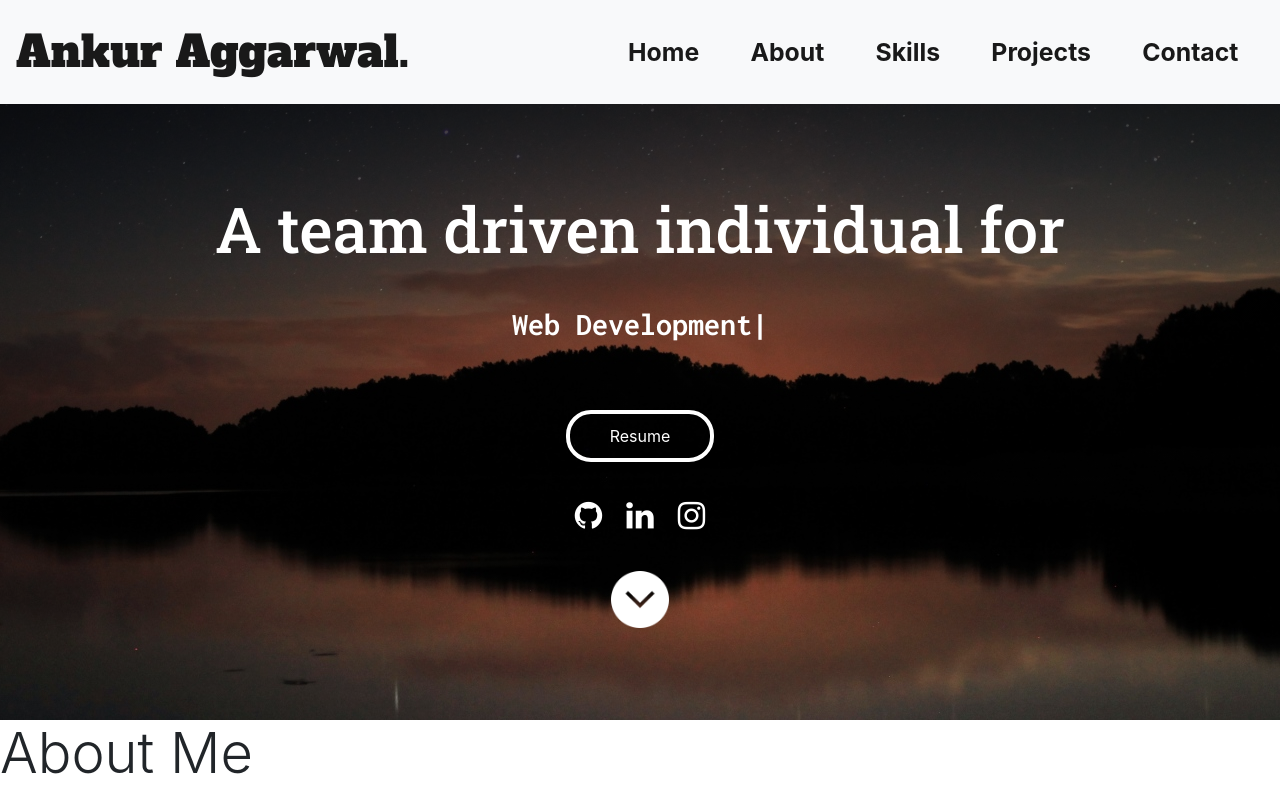
Repository: AnkurDevv/PersonalWebsite
Page: index.html
The author's editor kept a copy of each file at every save. The page is drawn from the files as they stood at one save, then again after the next save.
The browser window is 1280 px wide. The pictures show the whole page.
Backgrounds fixed to the window are drawn as part of the page. Some web fonts or font styles are not loaded; a fallback is used.

Above is the page before, as saved 2020-09-14 15:49:12.

### index.html
<!DOCTYPE html>
<html>

<head>
  <meta charset="utf-8">
  <meta http-equiv="X-UA-Compatible" content="IE=edge">
  <title>Ankur Aggarwal</title>
  <meta name="description" content="">
  <meta name="viewport" content="width=device-width, initial-scale=1">
  <!-- FONT AWESOME FOR SOCIAL MEDIA ICONS -->
  <link rel="stylesheet" href="https://cdnjs.cloudflare.com/ajax/libs/font-awesome/4.7.0/css/font-awesome.min.css">
  <!-- Importing Bootstrap here -->
  <link rel="stylesheet" href="https://stackpath.bootstrapcdn.com/bootstrap/4.4.1/css/bootstrap.min.css"
    integrity="sha384-Vkoo8x4CGsO3+Hhxv8T/Q5PaXtkKtu6ug5TOeNV6gBiFeWPGFN9MuhOf23Q9Ifjh" crossorigin="anonymous">
  <!--CUSTOM CSS FOR THE PAGE  -->
  <link rel="stylesheet" href="./style/index.css">
  <!-- FOR COOL ANIMATION EFFECTS -->
  <link rel="stylesheet" href="./style/animate.css">
  <!-- FOR COOL TYPING EFFECTS -->
  <script src="https://cdn.jsdelivr.net/npm/typed.js@2.0.11"></script>
  <!-- FOR GOOGLE FONTS - START -->
  <!-- for main heading -->
  <link
    href="https://fonts.googleapis.com/css2?family=Merienda:wght@700&family=Pacifico&family=Roboto&family=Roboto+Slab:wght@500&display=swap"
    rel="stylesheet">
  <!-- For Sub heading -->
  <link
    href="https://fonts.googleapis.com/css2?family=Inconsolata:wght@700&family=Merienda:wght@700&family=Pacifico&family=Roboto&family=Roboto+Slab:wght@500&display=swap"
    rel="stylesheet">
  <!-- For Navbar Logo -->
  <link href="https://fonts.googleapis.com/css2?family=Alfa+Slab+One&display=swap" rel="stylesheet">
  <!-- FOR GOOGLE FONTS - END -->
</head>

<body>
  <header>
    <nav class="navbar navbar-expand-lg navbar-light bg-light">
      <a class="navbar-brand" id="Brand-logo">Ankur Aggarwal.</a>
      <button class="navbar-toggler" type="button" data-toggle="collapse" data-target="#navbarNav"
        aria-controls="navbarNav" aria-expanded="false" aria-label="Toggle navigation">
        <span class="navbar-toggler-icon"></span>
      </button>
      <div class="collapse navbar-collapse" id="navbarNav">
        <ul class="navbar-nav">
          <li class="nav-item active">
            <a class="nav-link" href="#">Home</a>
          </li>
          <li class="nav-item active">
            <a class="nav-link" href="#">About</a>
          </li>
          <!-- <li class="nav-item active">
            <a class="nav-link" href="#">Why Me?</a>
          </li> -->
          <li class="nav-item active">
            <a class="nav-link" href="#">Skills</a>
          </li>
          <li class="nav-item active">
            <a class="nav-link" href="#">Projects</a>
          </li>
          <li class="nav-item active">
            <a class="nav-link" href="#">Contact</a>
          </li>
        </ul>
      </div>
    </nav>


    <!-- FIRST IMPRESSION SECTION - START -->
    <section class="first-impression-section">
      <div class="row first-impression-row">
        <h1 class="text-center animated fadeInDown" id="MainNameHeading">A team driven individual for
        </h1>
      </div>
      <div class="row">
        <h3 id="MainSubHeading">
          <span id="typed" style="white-space:pre;"></span>
          <!-- <span class="typed-cursor typed-cursor--blink">|</span> -->
        </h3>
      </div>

      <!-- RESUME BUTTON - START -->
      <div class="row" id="ResumeDiv">
        <a type="button" href="https://drive.google.com/file/d/129eEq26ATzqey1-hpHnRXs40bzbBVkSX/view?usp=sharing"
          target="blank" class="btn btn-primary animated delay-1s fadeInLeft" id="ResumeBtn">Resume</a>
      </div>
      <!-- RESUME BUTTON - END -->

      <!-- SOCIAL LINKS -->
      <div class="socialLinksDiv animated delay-2s fadeInRight">
        <!-- github link -->
        <a href="https://github.com/AnkurDevv" target="blank" class="social-link"><i
            class="fa fa-github fa-2x text-white"></i></a>
        <!-- linkedin link -->
        <a href="https://www.linkedin.com/in/ankur-aggarwal2112/" target="blank" class="social-link"><i
            class="fa fa-linkedin fa-2x text-white"></i></a>
        <!-- instagram link -->
        <a href="https://www.instagram.com/ankur_2112/?hl=en" target="blank" class="social-link"><i
            class="fa fa-instagram fa-2x text-white"></i></a>
      </div>

      <!-- SCROLL DOWN INDICATOR -->
      <div class="scrollDownDiv">
        <a href="">
          <img src="images/downward Arrow.png" alt="" id="scroll-down-arrow" class="fadeUp">
        </a>
      </div>
    </section>
    <!-- FIRST IMPRESSION SECTION - END -->


  </header>

  <!------------ ABOUT ME SECTION - START ---------------->

  <div class="container-fluid SectionHeadingContainer">
    <div class="row sectionHeading">
      <h1 class="display-4">About Me</h1>
    </div>
  </div>

  <!------------ ABOUT ME SECTION - END ---------------->

  <script>
    // JS FOR COOL TYPING EFFECT USING TYPE.JS -  START
    var options = {
      strings: ['Web Development.', 'Software Engineering.', 'Product Development.'],
      typeSpeed: 100,
      loop: true,
      backDelay: 800,
      backSpeed: 80,
      startDelay: 3000,
    };
    var typed = new Typed('#typed', options);
// JS FOR COOL TYPING EFFECT USING TYPE.JS -  END
  </script>

  <!-- NECESSARY JS FOR BOOTSTRAP - START -->
  <script src="https://code.jquery.com/jquery-3.4.1.slim.min.js"
    integrity="sha384-J6qa4849blE2+poT4WnyKhv5vZF5SrPo0iEjwBvKU7imGFAV0wwj1yYfoRSJoZ+n"
    crossorigin="anonymous"></script>
  <script src="https://cdn.jsdelivr.net/npm/popper.js@1.16.0/dist/umd/popper.min.js"
    integrity="sha384-Q6E9RHvbIyZFJoft+2mJbHaEWldlvI9IOYy5n3zV9zzTtmI3UksdQRVvoxMfooAo"
    crossorigin="anonymous"></script>
  <script src="https://stackpath.bootstrapcdn.com/bootstrap/4.4.1/js/bootstrap.min.js"
    integrity="sha384-wfSDF2E50Y2D1uUdj0O3uMBJnjuUD4Ih7YwaYd1iqfktj0Uod8GCExl3Og8ifwB6"
    crossorigin="anonymous"></script>
  <!-- NECESSARY JS FOR BOOTSTRAP - END -->

  <!-- ADDING JQUERY - START -->
  <script src="https://ajax.googleapis.com/ajax/libs/jquery/3.5.1/jquery.min.js"></script>
  <!-- ADDING JQUERY - END -->

  <!-- CUSTOM JS FOR THE PAGE - START  -->
  <script src="index.js"></script>
  <!-- CUSTOM JS FOR THE PAGE - END  -->
</body>

</html>

### style/index.css
body{
  margin-left: 0;
  margin-right: 0;
}

/* NAVBAR CSS - START */

#Brand-logo{
  font-family: 'Alfa Slab One', cursive;
  font-size: 270%;
}

.navbar-nav{
  margin-left: auto;
}

.nav-link{
  font-size: 155%;
  font-weight: 700;
  padding: 2vw!important;
}

@media only screen and (max-width: 992px) {
  .nav-link{
    text-align: center;
  }
}

@media only screen and (max-width: 600px) {

  #Brand-logo{
    font-size: 140%;
  }

  .navbar-nav{
    height: 100vh;
  }

  .nav-link{
    margin: 5vh auto;
  }

}

/* NAVBAR CSS - END */

/* FIRST IMPRESSION SECTION CSS - START */
header{
  height: 100vh; /* Takes 100% of the screen size */
  background: linear-gradient(rgba(0, 0, 0, 0.9), rgba(0, 0, 0, 0)), url(../images/sunset_skyline_lake_reflection_114025_1920x1080.jpg)no-repeat center center fixed;
  background-position: center;
  overflow: hidden;
  backdrop-filter: blur(10px);
}

#MainNameHeading{
  margin: 0 auto;
  margin-top: 12vh;
  font-size: 395%;
  color: white;
  font-family: 'Roboto Slab', serif;
  padding-bottom: 3%;
}

#MainSubHeading{
  margin: 0 auto;
  color: white;
  text-align: -webkit-center;
  font-family: 'Inconsolata', monospace;
  font-size: xx-large;
}

#ResumeBtn{
  -webkit-appearance: button;
  -moz-appearance: button;
  appearance: button;
  margin: 5% auto;
  margin-bottom: 2%;
  padding: 10px 3%;
  background-color: transparent;
  border: 4px solid white;
  border-radius: 25px;
}

#ResumeBtn:hover{
  background-color: white;
  color: black;
  font-weight: 700;
  font-size: 130%;
}

.socialLinksDiv{
  display: flex;
  justify-content: center;
  margin-bottom: 2%;
}

.social-link{
  margin: 12px;
}

.scrollDownDiv{
  display: flex;
  justify-content: center;
}

#scroll-down-arrow{
  display: none;
  max-width: 8vh;
}
                /* ADD A FLCIKER ANIMATION TO SCROLL DOWN IMG */

@keyframes flickerAnimation {
  0%   { opacity:1; }
  50%  { opacity:0; }
  100% { opacity:1; }
}
@-o-keyframes flickerAnimation{
  0%   { opacity:1; }
  50%  { opacity:0; }
  100% { opacity:1; }
}
@-moz-keyframes flickerAnimation{
  0%   { opacity:1; }
  50%  { opacity:0; }
  100% { opacity:1; }
}
@-webkit-keyframes flickerAnimation{
  0%   { opacity:1; }
  50%  { opacity:0; }
  100% { opacity:1; }
}

.animate-flicker {
  -webkit-animation: flickerAnimation 1s infinite;
  -moz-animation: flickerAnimation 1s infinite;
  -o-animation: flickerAnimation 1s infinite;
   animation: flickerAnimation 1s infinite;
}

            /* ADD A FLCIKER ANIMATION TO SCROLL DOWN IMG */

@media only screen and (max-width: 600px) {

  #scroll-down-arrow{
    max-width: 6vh;
    display: none;
  }
  #MainNameHeading{
    font-size: 245%;
    margin-top: 7vh;
  }
  #MainSubHeading{
    font-size: x-large;
  }
  #ResumeBtn {
    font-size: 125%;
  }
  .socialLinksDiv{
    margin-bottom: 15%;
  }
}
/* FIRST IMPRESSION SECTION CSS - ENDS */

/* ABOUT ME SECTION CSS - START */



/* ABOUT ME SECTION CSS - END */

### index.js
// CHANGING NAVBAR COLOR WHEN A USER HOVERS OVER A LINK
$(document).ready(function () {

  // makes nav transparent when user hovers on a link
  $(".nav-link").hover(function () {
    $('.navbar').addClass('bg-dark').removeClass('bg-light');
    $('#Brand-logo').css("color", "white");
    $('.nav-link').css("color", "white");
    $('.navbar-toggler').css("color", "white");
  });

  // makes nav non-transparent when user hovers on a link
  $(".navbar").mouseleave(function () {
    $('.navbar').addClass('bg-light').removeClass('bg-dark');
    $('#Brand-logo').css("color", "black");
    $('.nav-link').css("color", "black");
    $('.navbar-toggler').css("color", "black");
  });

  // show the downward arrow after 3 secs
  setTimeout(function () {
    $('#scroll-down-arrow').css("display", "block");
    // $('#scroll-down-arrow').addClass('');
  }, 4000);

});

Loaded but not shown: style/animate.css (library)

After the next save:
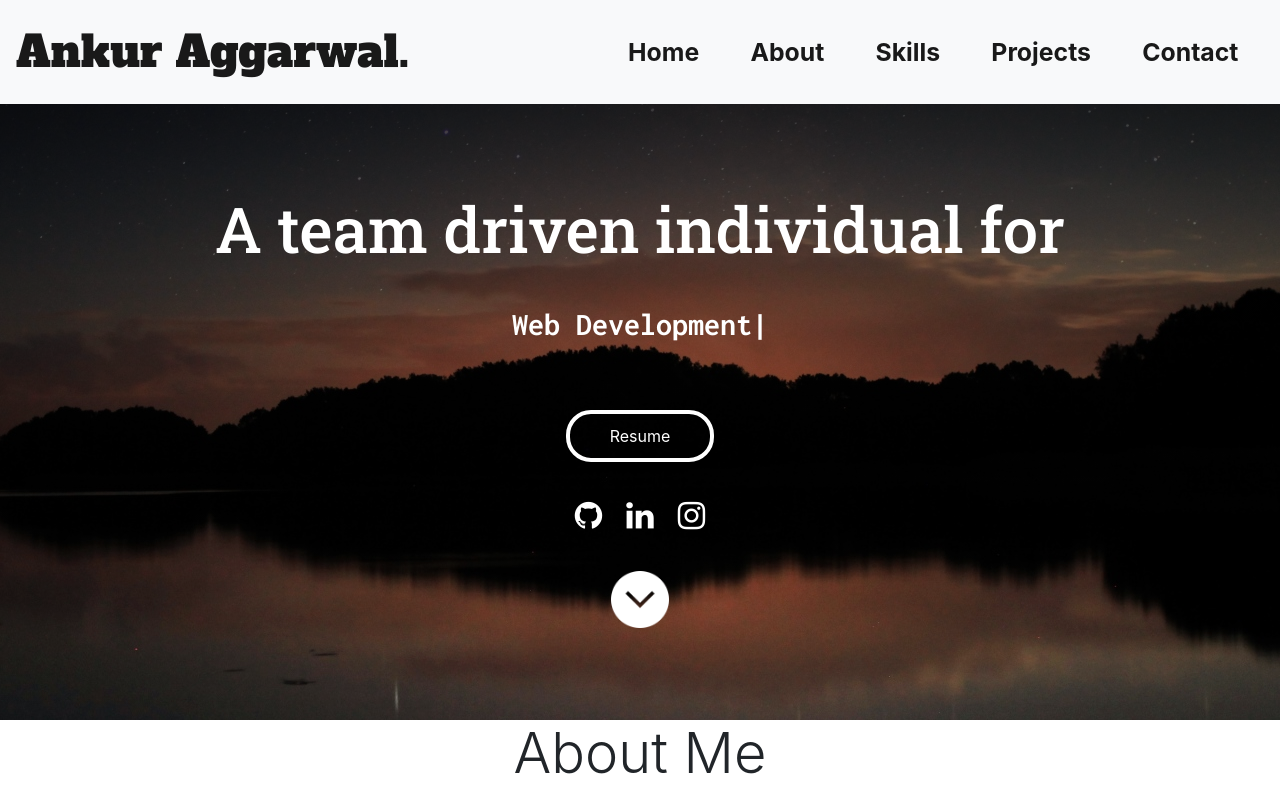
Saved 40 s later.
--- a/style/index.css
+++ b/style/index.css
@@ -164,6 +164,9 @@ header{
 
 /* ABOUT ME SECTION CSS - START */
 
-
+.SectionHeadingContainer{
+  display: flex;
+  justify-content: center;
+}
 
 /* ABOUT ME SECTION CSS - END */
